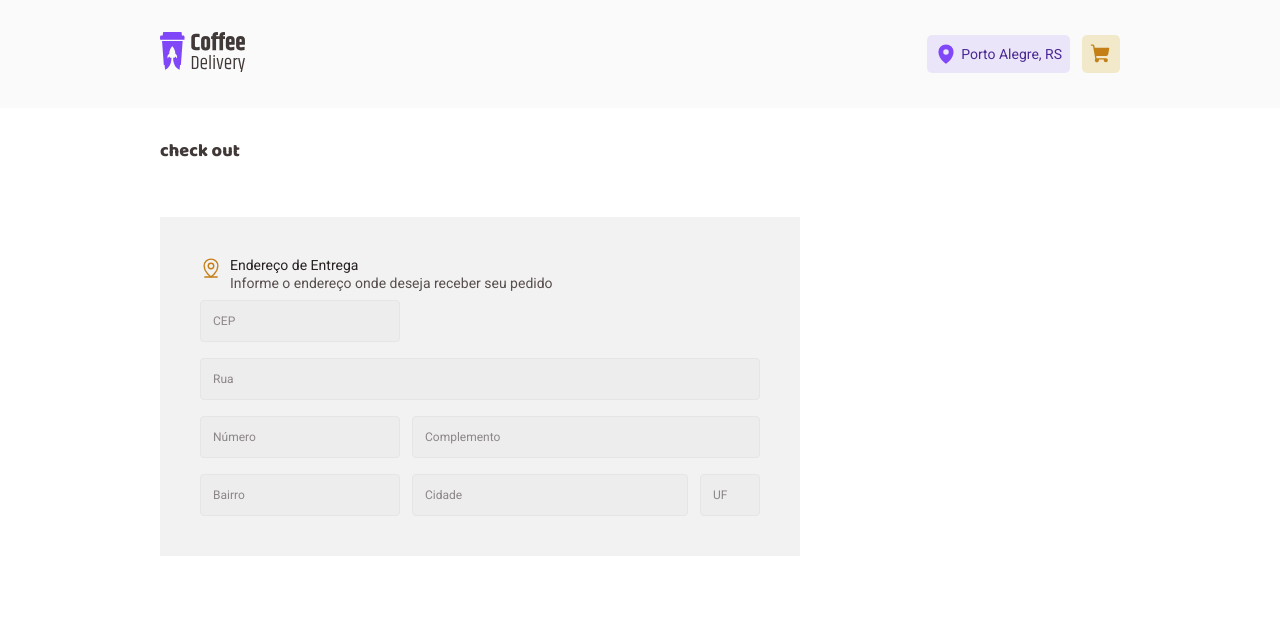
Repository: caueenrico/CoffeDelivery
Page: /checkout
An editor plug-in stored every save of this project. The page is shown before and after the next save, followed by the edit.
The browser window is 1280 px wide. The pictures show the whole page.
The project was rebuilt for these pictures with package versions that can differ from the ones it lists, and the page was loaded fresh each time. Also part of the build but not shown: vite.config.ts, src/components/CoffesOptions/styled.ts, src/components/CoffeCards/styles.ts, src/components/IpuntNumber/styles.ts, src/components/IpuntNumber/index.tsx, src/components/CartOfCard/styles.ts, src/components/CartOfCard/index.tsx, src/utils/formatMoney.ts and 4 more.

Above is the page before, as saved 2022-09-22 15:28:32.

### index.html
<!DOCTYPE html>
<html lang="en">
  <head>
    <meta charset="UTF-8" />

    <link rel="preconnect" href="https://fonts.googleapis.com" />
    <link rel="preconnect" href="https://fonts.gstatic.com" crossorigin />
    <link
      href="https://fonts.googleapis.com/css2?family=Baloo+2:wght@700;800&family=Roboto:wght@400;700&display=swap"
      rel="stylesheet"
    />

    <link rel="icon" type="image/svg+xml" href="/vite.svg" />
    <meta name="viewport" content="width=device-width, initial-scale=1.0" />
    <title>Vite + React + TS</title>
  </head>
  <body>
    <div id="root"></div>
    <script type="module" src="/src/main.tsx"></script>
  </body>
</html>

### src/App.tsx
import { BrowserRouter } from "react-router-dom";
import { ThemeProvider } from "styled-components";
import { Router } from "./Router";
import { defaultTheme } from "./styles/themes/default";
import { GlobalStyle } from "./styles/themes/global";

export function App() {
  return (
    <ThemeProvider theme={defaultTheme}>
      <BrowserRouter>
        <Router />
      </BrowserRouter>
      <GlobalStyle />
    </ThemeProvider>
  );
}

### src/Router.tsx
import { Routes, Route } from 'react-router-dom'
import { DefaultLayout } from './layouts/DefaultLayout'
import { CheckOut } from './pages/CheckOut'
import { Home } from './pages/Home'



export function Router() {
  return (
    <Routes>
      <Route path="/" element={<DefaultLayout />}>
        <Route path="/" element={<Home />} />
        <Route path="/checkout" element={<CheckOut />} />
      </Route>
    </Routes>
  )
}

### src/styles/themes/default.ts
export const defaultTheme = {
  white: '#FFFFFF',

  // PRODUTOS
  'yellow-dark': '#C47F17',
  'yellow': '#DBAC2C',
  'yellow-light': '#F1E9C9',

  'purple-dark': '#4B2995',
  'purple': '#8047F8',
  'purple-light': '#EBE5F9',

  //BASE
  'title':'#272221',
  'subtitle': '#403937',
  'text':'#574F4D',
  'label':'#8D8686',
  'hover':'#D7D5D5',
  'button':'#E6E5E5',
  'input':'#EDEDED',
  'card':'#F3F2F2',
  'background':'#FAFAFA'
}

### src/styles/themes/global.ts
import { createGlobalStyle } from "styled-components";


export const GlobalStyle = createGlobalStyle`
  *{
    margin: 0;
    padding: 0;
    box-sizing: border-box;
  }

  :focus{
    outline: 0;
  }

  body{
    -webkit-font-smoothing: antialiased;
  }

  body,input,textarea,button{
    font-family: 'Roboto', sans-serif;
    font-weight: 400;
    font-size: 1rem;
  }

  input::-webkit-outer-spin-button,
  input::-webkit-inner-spin-button {
    -webkit-appearance: none;
    margin: 0;
  }
  input[type="number"] {
    -moz-appearance: textfield;
  }

`

### src/layouts/DefaultLayout/index.tsx
import { Outlet } from 'react-router-dom'
import { Header } from '../../components/Header'
import { LayoutContainer } from './styles'

export function DefaultLayout() {
  return (
    <div>
      <LayoutContainer>
        <Header />
        <Outlet />
      </LayoutContainer>
    </div>
  )
}

### src/pages/CheckOut/index.tsx
import { MapPinLine } from "phosphor-react";
import { useTheme } from "styled-components";
import { TilteText } from "../Home/styles";
import { AddressForm } from "./AddresForm";
import { TextCheck } from "./components/TextosCheck";
import { AddressFormContainer, ContainerCheckOut } from "./styles";

export function CheckOut() {
  return (
    <>
      <TilteText>check out</TilteText>

      <ContainerCheckOut>
        <TextCheck
          icon={<MapPinLine size={22} color="#C47F17" />}
          title="Endereço de Entrega"
          subtitle="Informe o endereço onde deseja receber seu pedido"
        />

        <AddressForm />

      </ContainerCheckOut>
    </>
  );
}

### src/components/Header/index.tsx
import { HeaderContainer, NavHeaders } from "./styles";
import logo from '../assets/logo.svg';
import { Locations } from "../Locations";
import { Cart } from "../Cart";
import { NavLink } from "react-router-dom";


export function Header() {
  return (
    <HeaderContainer>
      <NavLink to='/'>
      <img src={logo} alt="" />
      </NavLink>

      <NavHeaders>
        <Locations />
        <NavLink to='/checkout'>
          <Cart/>
        </NavLink>
      </NavHeaders>
    </HeaderContainer>
  );
}

### src/layouts/DefaultLayout/styles.ts
import styled from 'styled-components'

export const LayoutContainer = styled.div`

`

### src/pages/Home/styles.ts
import Background from '../assets/Background.png'

import styled from "styled-components";

export const BannerContainer = styled.div`

display: flex;
align-items: center;
justify-content: space-between;

padding: 94px 160px;

background-image: url(${Background});
background-position: center;
background-repeat: no-repeat;
background-size: cover;

`

export const TextContainer = styled.div`
 max-width: 588px;

 h1{
  font-family: 'Baloo 2';
  font-style: normal;
  font-weight: 800;
  font-size: 48px;
  line-height: 130%;
  color: ${props => props.theme['title']}
 }

  span {
    font-family: 'Roboto';
    font-weight: 400;
    font-size: 20px;
    line-height: 130%;
    color: ${props => props.theme['subtitle']}
  }




`

export const Benefist = styled.div `

  margin-top: 66px;
  max-width: 567px;
  color: ${props => props.theme['text']};

  ul {
    list-style-type: none;
    display: flex;
    gap: 40px;

  }

  ul li{
    font-size: 16px;
    display: flex;
    align-items: center;
    margin-bottom: 20px;
    gap: 12px;


  }

  .test{
    width: 231px;
  }
`

export const ProductsContainer = styled.div`

  h1{
    font-family: 'Baloo 2';
    font-style: normal;
    font-weight: 800;
    font-size: 32px;
    line-height: 130%;

    margin-left: 160px;
    margin-top: 32px;
    margin-bottom: 54px;

    color:${props => props.theme['subtitle']}
  }



`

export const TilteText = styled.h1`
    font-family: 'Baloo 2';
    font-style: normal;
    font-weight: 800;
    font-size: 18px;
    line-height: 130%;

    margin-left: 160px;
    margin-top: 32px;
    margin-bottom: 54px;

    color:${props => props.theme['subtitle']}
`

### src/pages/CheckOut/AddresForm.tsx
import { InputForm } from "../../components/InpuitForm";
import { AddressFormContainer } from "./styles";



export function AddressForm(){
  return(
    <AddressFormContainer>
      <InputForm placeholder="CEP" type='number' className="cep"/>
      <InputForm placeholder="Rua" className="street"/>
      <InputForm placeholder="Número" type='number'/>
      <InputForm placeholder="Complemento" className="complemento"/>
      <InputForm placeholder="Bairro" />
      <InputForm placeholder="Cidade"/>
      <InputForm placeholder="UF"/>
    </AddressFormContainer>
  )
}

### src/pages/CheckOut/components/TextosCheck/index.tsx
import { ReactNode } from "react"
import { SectionTitleContainer } from "./styles"

interface TextCheckProps{
  title: string
  subtitle: string
  icon: ReactNode
}

export function TextCheck({title,subtitle,icon}: TextCheckProps){
  return(
    <SectionTitleContainer>
      {icon}
      <div>
        <h1>{title}</h1>
        <span>{subtitle}</span>
      </div>
    </SectionTitleContainer>
  )
}

### src/pages/CheckOut/styles.ts
import styled from "styled-components";

export const ContainerCheckOut = styled.div `

  margin-left: 160px;
  display: flex;
  flex-direction: column;
  max-width: 40rem;
  background: ${props => props.theme.card};
`

export const AddressFormContainer = styled.div`
  width: 100%;

  margin: 40px;
  display: grid;
  grid-template-columns: 12.5rem 17.25rem 3.75rem;
  column-gap: 0.75rem;
  row-gap: 1rem;
  grid-auto-flow: dense;

  .cep{
    grid-column: span 3;
    max-width: 12.5rem;
  }

  .street{
    grid-column: span 3;
  }

  .complemento {
    grid-column: span 2;
  }

`

### src/components/Header/styles.ts
import styled from "styled-components";

export const HeaderContainer = styled.div`

  min-height: 104px;

  display: flex;
  align-items: center;
  justify-content: space-between;

  padding: 32px 160px;

  background-color: ${props => props.theme['background']};

  position: sticky;
  top: 0;
  left: 0;
  z-index: 5;

`
export const NavHeaders = styled.nav`
  display: flex;
  gap: 12px;

`

### src/components/Locations/index.tsx
import { MapPin } from "phosphor-react";
import { LocationsContainer } from "./styles";


export function Locations (){

  return (
    <LocationsContainer>
        <MapPin size={22} weight='fill' color="#8047F8"/> Porto Alegre, RS
    </LocationsContainer>
  )
}

### src/components/Cart/index.tsx
import { ShoppingCart } from "phosphor-react";
import React from "react";
import { CartContainer } from "./styles";

export function Cart (){
  return(
    <CartContainer>
      <ShoppingCart size={22} weight='fill'/>
    </CartContainer>
  )
}

### src/components/InpuitForm/index.tsx
import { InputHTMLAttributes } from "react";
import { InputStyleContainer } from "./styles";

type InputProps = InputHTMLAttributes<HTMLInputElement>

export function InputForm({...props}:InputProps ){
  return(
    <InputStyleContainer {...props}/>
  )
}

### src/pages/CheckOut/components/TextosCheck/styles.ts
import styled from "styled-components";

export const SectionTitleContainer = styled.div`
  display: flex;
  gap: 0.5rem;
  margin: 40px;
  margin-bottom: -32px;

  div{
    h1{
      font-size: 0.875rem;
      font-weight: 400;
      color: ${props => props.theme.title};
    }
    span{
      font-size: 0.875rem;
      font-weight: 400;
      color: ${props => props.theme.text};
    }
  }

`

### src/components/Locations/styles.ts
import styled from "styled-components";

export const LocationsContainer = styled.div`
  border-radius: 5px;

  max-width: 143px;
  padding: 8px;
  font-size: 14px;

  background-color: ${props => props.theme['purple-light']};
  color: ${props => props.theme['purple-dark']};

  display: flex;
  justify-content: center;
  align-items: center;
  gap: 4px;



`

### src/components/Cart/styles.ts
import styled from "styled-components";

export const CartContainer = styled.button`
  max-width: 38px;
  max-height: 38px;
  border-radius: 5px;
  border: none;

  background-color: ${props => props.theme['yellow-light']};
  color: ${props => props.theme['yellow-dark']};

  display: flex;
  align-content: center;
  align-items: center;

  padding: 8px;

`

### src/components/InpuitForm/styles.ts
import styled from "styled-components";

export const InputStyleContainer = styled.input`
  height: 2.625rem;
  border-radius: 4px;
  border: 1px solid ${props => props.theme.button};
  background: ${props => props.theme.input};
  transition: 0.4s;

  &:focus{
    border-color: ${props => props.theme["yellow-dark"]};
  }

  color: ${props => props.theme["text"]};
  font-size: 00.75rem;
  padding: 0 0.75rem;

  &::placeholder{
    color: ${props => props.theme["label"]};
  }
`

Loaded but not shown: src/main.tsx (common file)

After the next save:
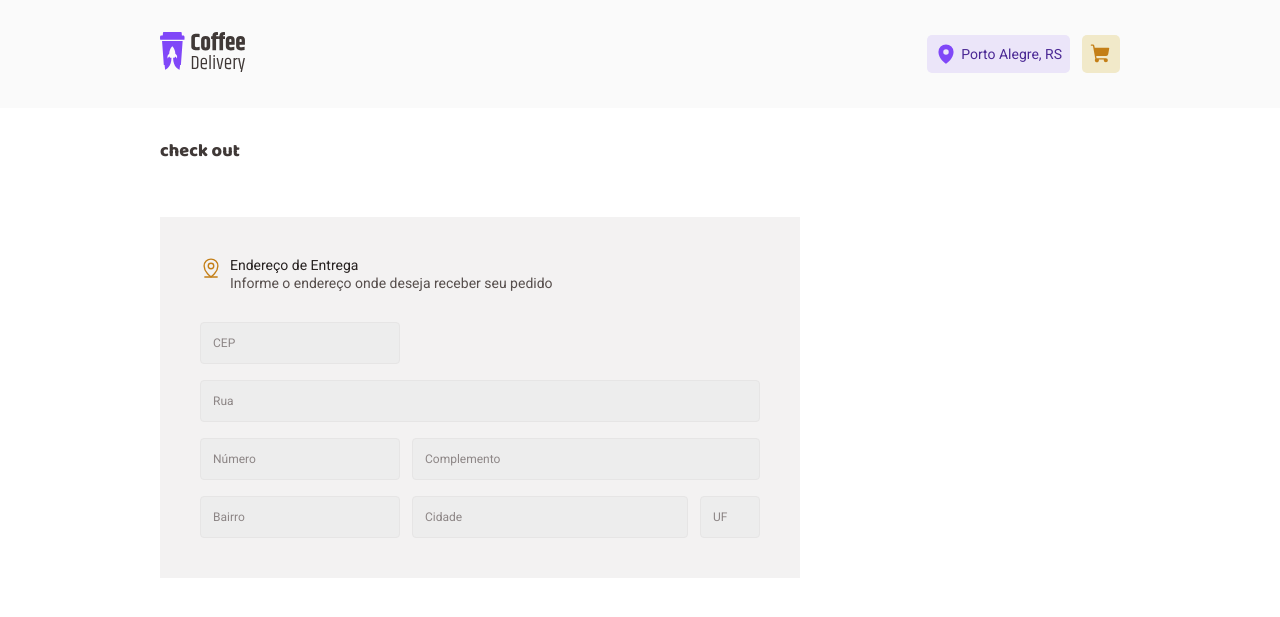
Saved 26 s later.
--- a/src/pages/CheckOut/components/TextosCheck/styles.ts
+++ b/src/pages/CheckOut/components/TextosCheck/styles.ts
@@ -4,7 +4,7 @@ export const SectionTitleContainer = styled.div`
   display: flex;
   gap: 0.5rem;
   margin: 40px;
-  margin-bottom: -32px;
+  margin-bottom: -10px;
 
   div{
     h1{
